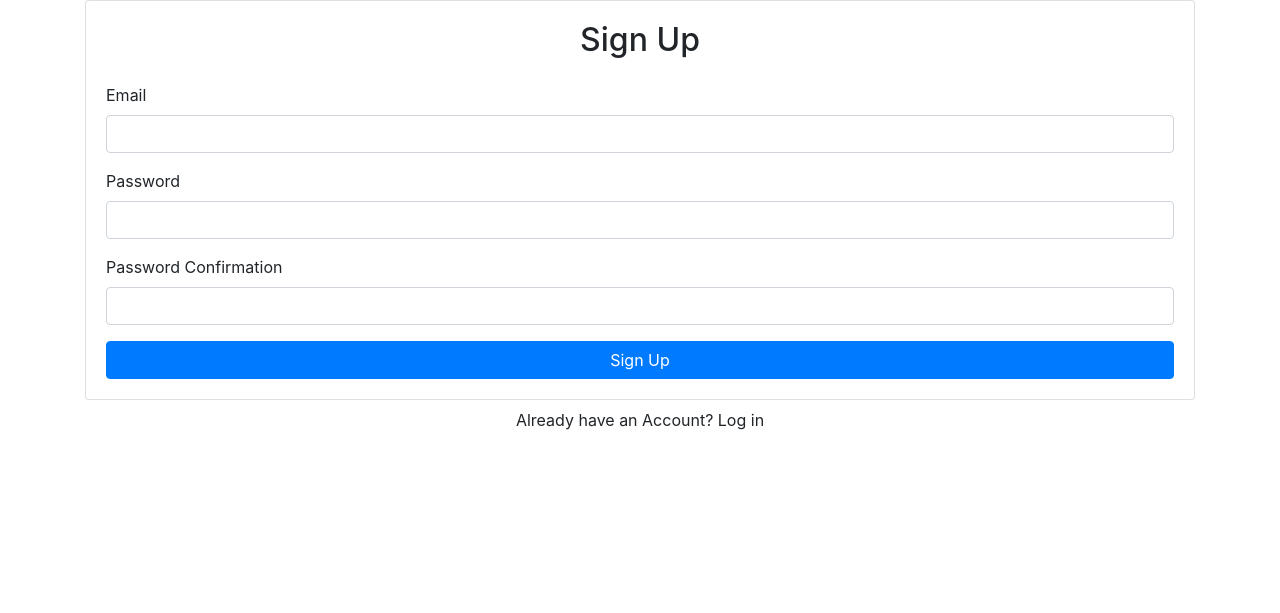
Repository: JonoBowenDev/firebase-tutorial
Page: /
The author's editor kept a copy of each file at every save. The page is drawn from the files as they stood at one save, then again after the next save.
The browser window is 1280 px wide. The pictures show the whole page.
The project was rebuilt for these pictures with package versions that can differ from the ones it lists, and the page was loaded fresh each time.

Above is the page before, as saved 2021-03-11 13:49:57.

After the next save:
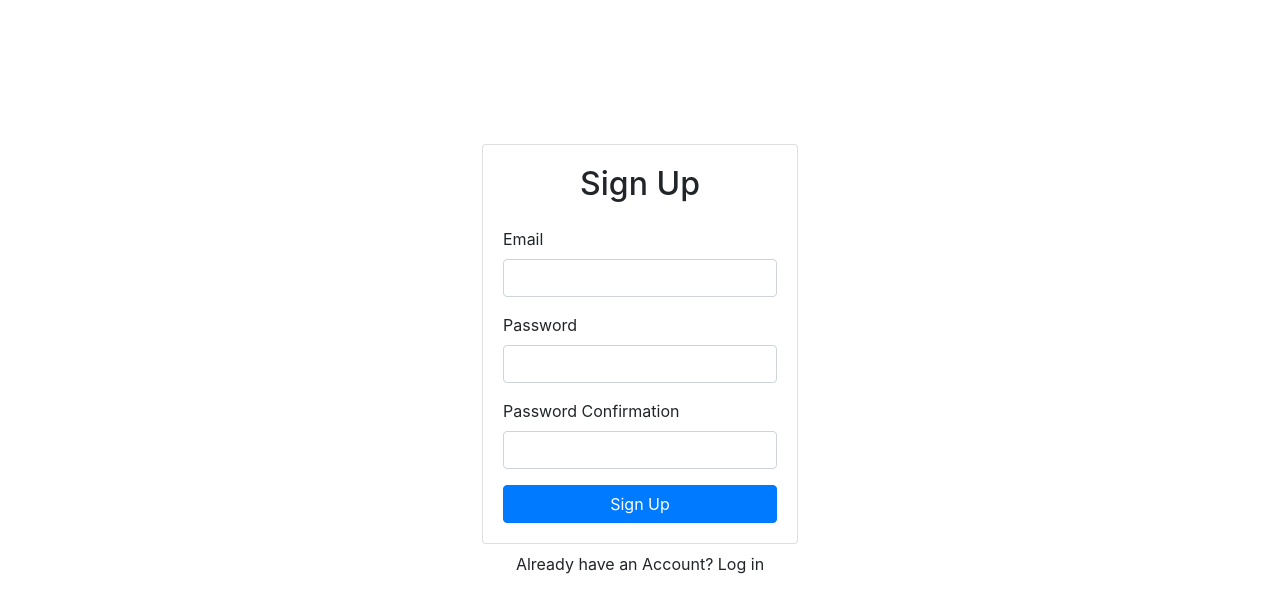
Saved 62 s later.
--- a/src/components/App.js
+++ b/src/components/App.js
@@ -3,7 +3,7 @@ import { Container } from "react-bootstrap";
 
 function App() {
   return (
-    <Container>
+    <Container className="d-flex align-items-center justify-content-center" style={{ minHeight: "100vh"}}>
     <SignUp />
     </Container>
   );
